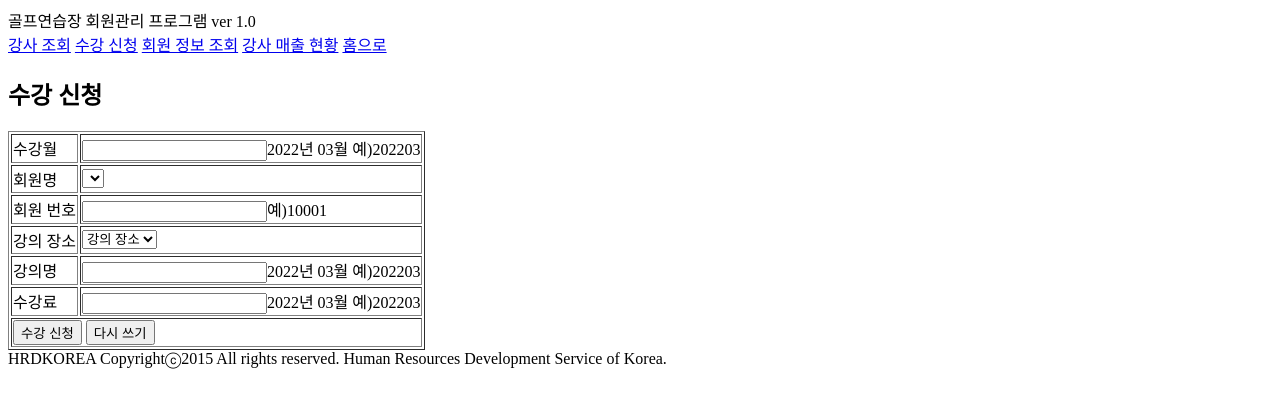
Repository: wwwxsv19/HRDkorea
Page: http://localhost/golf/insert.jsp
These files come from the project's save history. The page is drawn as it stood at one moment and after the next save; the edit follows.
The browser window is 1280 px wide. The pictures show the whole page.
The page is served by Tomcat 9. Queries for data that is not in the repository find no rows.

Above is the page before, as saved 2024-06-25 08:15:50.

### golf/golf/src/main/webapp/insert.jsp
<%@ include file="db.jsp" %>
<%@ page language="java" contentType="text/html; charset=UTF-8"
    pageEncoding="UTF-8"%>
<!DOCTYPE html>
<html>
<head>
	<meta charset="UTF-8">
	<title>insert</title>
	<link rel="stylesheet" href="style.css">
</head>
<body>
<script type="text/javascript" src="check.js"></script>
<jsp:include page="header.jsp"></jsp:include>
<section>
	<h1>수강 신청</h1>
	<form name="frm" action="action.jsp" method="get">
		<table border=1>
			<tr>
				<td>수강월</td>
				<td>
					<input type="text" name="month">2022년 03월 예)202203
				</td>
			</tr>
			<tr>
				<td>회원명</td>
				<td>
					<select name="mname" onchange="getValue(this.value)">
						<%
						request.setCharacterEncoding("UTF-8");
						try {
							PreparedStatement pstmt = conn.prepareStatement("select mno, mname from member");
							ResultSet rs = pstmt.executeQuery();
							while(rs.next()) {
								%>
								<option value="<%= rs.getString(1) %>"><%= rs.getString(2) %></option>
								<%
							}
						} catch(Exception e) {
							e.printStackTrace();
						}
						%>
					</select>
				</td>
			</tr>
			<tr>
				<td>회원 번호</td>
				<td>
					<input type="text" id="mno" name="mno" readonly>예)10001
				</td>
			</tr>
			<tr>
				<td>강의 장소</td>
				<td>
					<select name="area">
						<option value="">강의 장소</option>
						<option value="서울본원">서울본원</option>
						<option value="성남분원">성남분원</option>
						<option value="대전분원">대전분원</option>
						<option value="부산분원">부산분원</option>
						<option value="대구분원">대구분원</option>
					</select>
				</td>
			</tr>
			<tr>
				<td>강의명</td>
				<td>
					<input type="text" name="month">2022년 03월 예)202203
				</td>
			</tr>
			<tr>
				<td>수강료</td>
				<td>
					<input type="text" name="month">2022년 03월 예)202203
				</td>
			</tr>
			<tr>
				<td colspan=2>
					<input type="button" value="수강 신청" onclick="check()">
					<input type="button" value="다시 쓰기" onclick="res()">
				</td>
			</tr>
		</table>
	</form>
</section>
<jsp:include page="footer.jsp"></jsp:include>
</body>
</html>

### golf/golf/src/main/webapp/db.jsp
<%@ page import="java.sql.*" %>
<%@ page language="java" contentType="text/html; charset=UTF-8"
    pageEncoding="UTF-8"%>
<%

Class.forName("oracle.jdbc.OracleDriver");
Connection conn = DriverManager.getConnection(
		"jdbc:oracle:thin:@//localhost:1521/xe", "system", "1234");

%>

### golf/golf/src/main/webapp/header.jsp
<%@ include file="db.jsp" %>
<%@ page language="java" contentType="text/html; charset=UTF-8"
    pageEncoding="UTF-8"%>
<!DOCTYPE html>
<html>
<head>
	<meta charset="UTF-8">
</head>
<body>
<header>골프연습장 회원관리 프로그램 ver 1.0</header>
<nav>
	<a href="list.jsp">강사 조회</a>
	<a href="insert.jsp">수강 신청</a>
	<a href="info.jsp">회원 정보 조회</a>
	<a href="money.jsp">강사 매출 현황</a>
	<a href="index.jsp">홈으로</a>
</nav>
</body>
</html>

### golf/golf/src/main/webapp/footer.jsp
<%@ include file="db.jsp" %>
<%@ page language="java" contentType="text/html; charset=UTF-8"
    pageEncoding="UTF-8"%>
<!DOCTYPE html>
<html>
<head>
	<meta charset="UTF-8">
</head>
<body>
<footer>HRDKOREA Copyrightⓒ2015 All rights reserved. Human Resources Development Service of Korea.</footer>
</body>
</html>

Loaded but not shown: golf/golf/src/main/webapp/check.js (no copy from this time; the picture is the same without it); golf/golf/src/main/webapp/style.css (no copy from this time; the picture is the same without it)

After the next save:
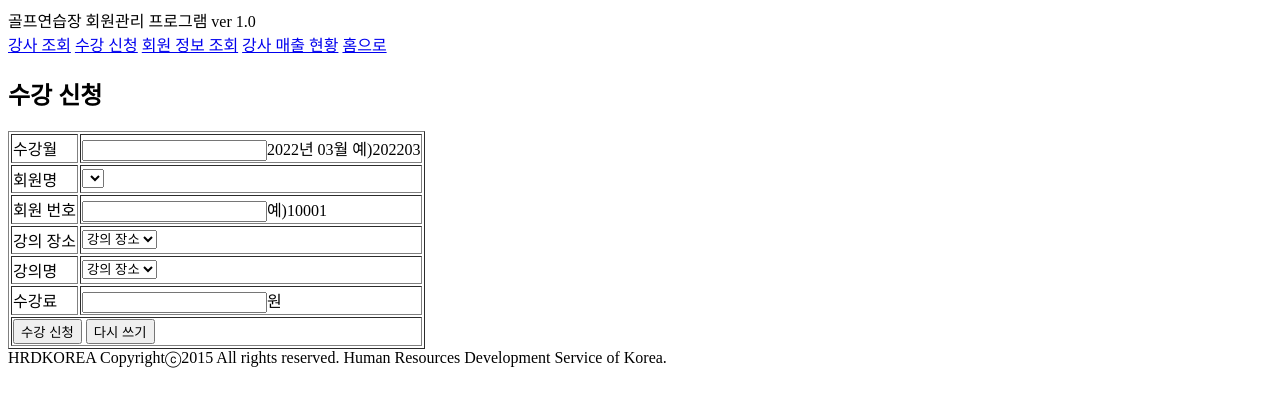
Saved 105 s later.
--- a/golf/golf/src/main/webapp/insert.jsp
+++ b/golf/golf/src/main/webapp/insert.jsp
@@ -64,13 +64,20 @@
 			<tr>
 				<td>강의명</td>
 				<td>
-					<input type="text" name="month">2022년 03월 예)202203
+					<select name="code">
+						<option value="">강의 장소</option>
+						<option value="서울본원">서울본원</option>
+						<option value="성남분원">성남분원</option>
+						<option value="대전분원">대전분원</option>
+						<option value="부산분원">부산분원</option>
+						<option value="대구분원">대구분원</option>
+					</select>
 				</td>
 			</tr>
 			<tr>
 				<td>수강료</td>
 				<td>
-					<input type="text" name="month">2022년 03월 예)202203
+					<input type="text" id="cost" name="cost" readonly>원
 				</td>
 			</tr>
 			<tr>
